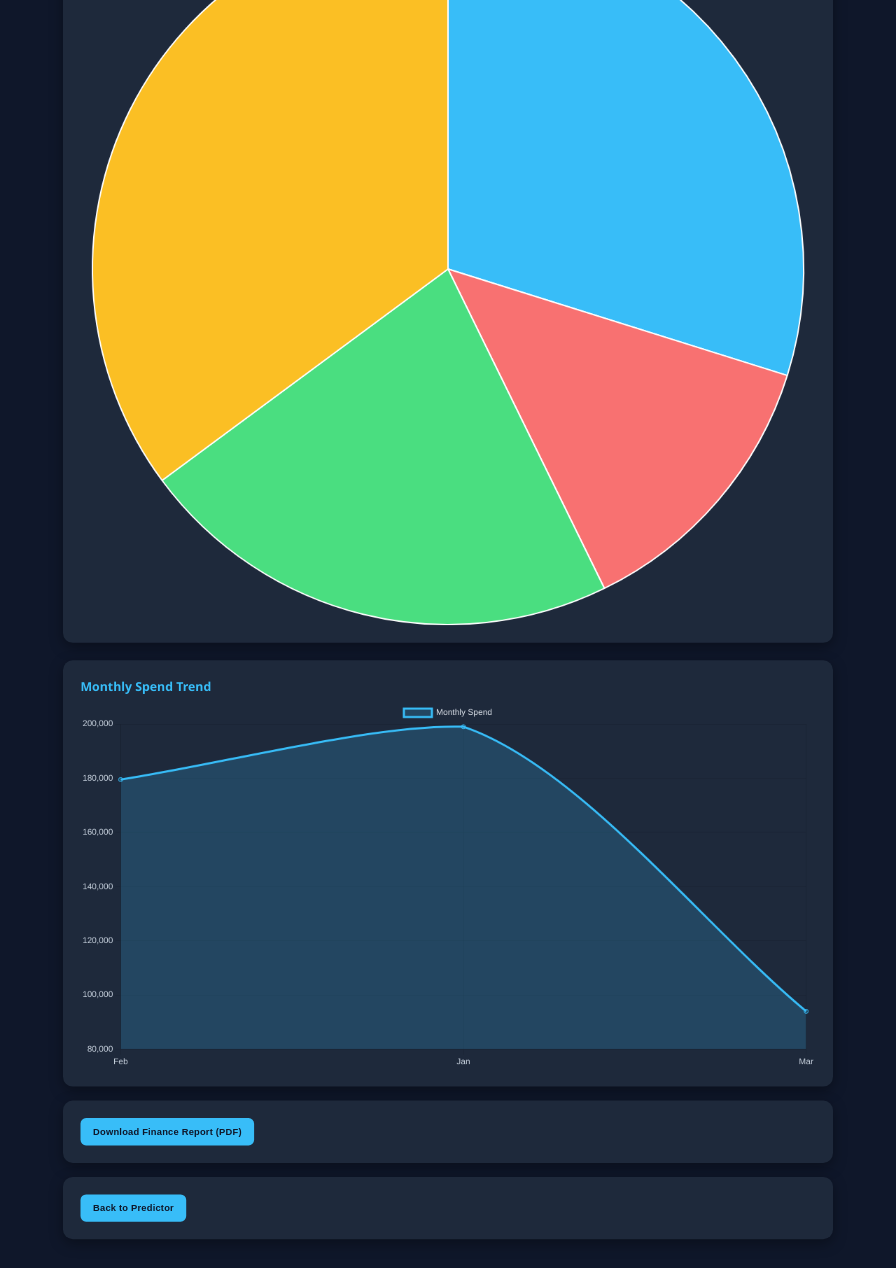
Repository: PratapOP/event-budget-analytics
Page: http://localhost/dashboard
An editor plug-in stored every save of this project. The page is shown before and after a run of saves, followed by the edit.
The browser window is 1280 px wide. The pictures show the part of the page from y = 1385 to 3305 px (the page is 3196 px tall before and 3305 px after), at 70% of full size.
The page is served by the project's application, run on Flask 3 (app.py).

Above is the page before, as saved 2026-02-21 05:48:42.

### data/event_data.csv
Date,Category,Planned,Actual,Sponsorship
2026-01-01,Marketing,15000,18000,5000
2026-01-02,Logistics,12000,10000,0
2026-01-03,Food,20000,22000,3000
2026-01-04,Venue,30000,28000,10000
2026-01-05,Marketing,15000,13000,4000
2026-01-06,Logistics,10000,11000,2000
2026-01-07,Food,22000,25000,5000
2026-01-08,Venue,35000,33000,12000
2026-01-09,Marketing,18000,20000,6000
2026-01-10,Food,21000,19000,4000
2026-02-01,Marketing,16000,17000,5000
2026-02-02,Logistics,14000,13500,3000
2026-02-03,Food,25000,24000,7000
2026-02-04,Venue,32000,35000,10000
2026-02-05,Marketing,17000,16500,4000
2026-02-06,Logistics,15000,14500,2500
2026-02-07,Food,23000,26000,5000
2026-02-08,Venue,34000,33000,11000
2026-03-01,Marketing,19000,20000,6000
2026-03-02,Logistics,13000,12000,2000
2026-03-03,Food,24000,25000,7000
2026-03-04,Venue,36000,37000,12000

### templates/dashboard.html
<!DOCTYPE html>
<html>
<head>
    <title>Event Budget Analytics Dashboard</title>
    <link rel="stylesheet" href="{{ url_for('static', filename='css/style.css') }}">
</head>

<body>

    <div class="container">

        <div class="top-bar">
        <div class="title">Event Budget Analytics Dashboard</div>
        <div class="subtitle">Finance Intelligence Panel</div>
    </div>

    <!-- KPI SECTION -->
    <div class="kpi-grid">

        <div class="kpi-card">
            <div class="kpi-title">Total Planned Budget</div>
            <div class="kpi-value">₹ {{ planned }}</div>
        </div>

        <div class="kpi-card">
            <div class="kpi-title">Total Actual Spend</div>
            <div class="kpi-value" style="color:#f87171;">
            ₹ {{ actual }}
        </div>
        </div>

        <div class="kpi-card">
            <div class="kpi-title">Total Sponsorship</div>
            <div class="kpi-value" style="color:#4ade80;">
            ₹ {{ sponsorship }}
        </div>
        </div>

        <div class="kpi-card">
            <div class="kpi-title">Variance</div>
            <div class="kpi-value"
            style="color:{% if variance > 0 %}#f87171{% else %}#4ade80{% endif %};">
            ₹ {{ variance }}
        </div>
        </div>

    </div>

    <!-- RISK PANEL -->
    <div class="card" style="margin-top:25px;">
        <h3 style="color:#38bdf8;">Budget Risk Analysis</h3>
        <h2 style="color: {{ risk_color }};">{{ risk_status }}</h2>
        <p style="color:#94a3b8;">{{ insight }}</p>
    </div>

    <!-- EXECUTIVE INSIGHT -->
    <div class="card" style="margin-top:25px;">
        <h3 style="color:#38bdf8;">Executive Insight</h3>
        <p style="color:#94a3b8;">{{ executive_insight }}</p>
    </div>

    <!-- BAR CHART -->
    <div class="card" style="margin-top:25px;">
        <h3 style="color:#38bdf8;">Budget vs Actual</h3>
        <canvas id="budgetChart"></canvas>
    </div>

    <!-- PIE CHART -->
    <div class="card" style="margin-top:25px;">
        <h3 style="color:#38bdf8;">Expense Distribution by Category</h3>
        <canvas id="categoryChart"></canvas>
    </div>

    <!-- TREND CHART -->
    <div class="card" style="margin-top:25px;">
        <h3 style="color:#38bdf8;">Monthly Spend Trend</h3>
        <canvas id="trendChart"></canvas>
    </div>

    <div class="card">
        <a href="/download-report">
            <button>Download Finance Report (PDF)</button>
        </a>
    </div>

    <div class="card">
        <a href="/"><button>Back to Predictor</button></a>
    </div>

</div>

<script src="https://cdn.jsdelivr.net/npm/chart.js"></script>

<!-- Backend data FIRST -->
<script>
const categoryLabels = {{ category_labels | tojson }};
const categoryValues = {{ category_values | tojson }};
const monthLabels = {{ month_labels | tojson }};
const monthValues = {{ month_values | tojson }};
</script>

<!-- Dashboard JS AFTER data -->
<script src="{{ url_for('static', filename='js/dashboard.js') }}"></script>

</body>
</html>

### app.py
from flask import Flask, render_template, request, jsonify
import pandas as pd
import pickle
from flask import send_file
from reportlab.pdfgen import canvas
import io

app = Flask(__name__)

# Load trained ML model
model = pickle.load(open("model/budget_model.pkl", "rb"))


# ===============================
# HOME PAGE
# ===============================
@app.route("/")
def index():
    return render_template("index.html")


# ===============================
# DASHBOARD PAGE
# ===============================
@app.route("/dashboard")
def dashboard():

    # Load finance data
    df = pd.read_csv("data/event_data.csv")

    # Convert date column
    df["Date"] = pd.to_datetime(df["Date"])

    # ===============================
    # CATEGORY ANALYSIS
    # ===============================
    category_summary = df.groupby("Category")["Actual"].sum()

    category_labels = category_summary.index.tolist()
    category_values = category_summary.values.tolist()

    # ===============================
    # MONTHLY TREND ANALYSIS
    # ===============================
    df["Month"] = df["Date"].dt.strftime("%b")

    monthly_summary = df.groupby("Month")["Actual"].sum()

    month_labels = monthly_summary.index.tolist()
    month_values = monthly_summary.values.tolist()

    # ===============================
    # KPI CALCULATIONS
    # ===============================
    total_planned = df["Planned"].sum()
    total_actual = df["Actual"].sum()
    total_sponsorship = df["Sponsorship"].sum()

    variance = total_actual - total_planned

    # ===============================
    # RISK ANALYSIS
    # ===============================
    if variance > 0:
        risk_status = "HIGH RISK"
        risk_color = "#f87171"
        insight = "Spending has exceeded planned budget. Cost control required."
    else:
        risk_status = "SAFE"
        risk_color = "#4ade80"
        insight = "Spending is within planned limits. Budget is under control."

    # ===============================
    # EXECUTIVE INSIGHT
    # ===============================
    top_category = category_summary.idxmax()

    executive_insight = (
        f"Highest spending category is {top_category}. "
        f"Consider optimizing costs here for better budget control."
    )

    # ===============================
    # RENDER DASHBOARD
    # ===============================
    return render_template(
        "dashboard.html",
        planned=total_planned,
        actual=total_actual,
        sponsorship=total_sponsorship,
        variance=variance,
        risk_status=risk_status,
        risk_color=risk_color,
        insight=insight,
        category_labels=category_labels,
        category_values=category_values,
        month_labels=month_labels,
        month_values=month_values,
        executive_insight=executive_insight
    )
# ===============================
# DOWNLOAD FINANCE REPORT (PDF)
# ===============================
@app.route("/download-report")
def download_report():

    df = pd.read_csv("data/event_data.csv")

    total_planned = df["Planned"].sum()
    total_actual = df["Actual"].sum()
    total_sponsorship = df["Sponsorship"].sum()
    variance = total_actual - total_planned

    category_summary = df.groupby("Category")["Actual"].sum()
    top_category = category_summary.idxmax()

    # Create PDF in memory
    buffer = io.BytesIO()
    p = canvas.Canvas(buffer)

    # Title
    p.setFont("Helvetica-Bold", 16)
    p.drawString(50, 800, "Event Budget Analytics Report")

    p.setFont("Helvetica", 12)

    y = 760
    p.drawString(50, y, f"Total Planned Budget: ₹ {total_planned}")
    y -= 25
    p.drawString(50, y, f"Total Actual Spend: ₹ {total_actual}")
    y -= 25
    p.drawString(50, y, f"Total Sponsorship: ₹ {total_sponsorship}")
    y -= 25
    p.drawString(50, y, f"Variance: ₹ {variance}")
    y -= 35

    if variance > 0:
        risk = "HIGH RISK"
    else:
        risk = "SAFE"

    p.drawString(50, y, f"Risk Status: {risk}")
    y -= 25

    p.drawString(
        50,
        y,
        f"Executive Insight: Highest spending category is {top_category}"
    )

    p.showPage()
    p.save()

    buffer.seek(0)

    return send_file(
        buffer,
        as_attachment=True,
        download_name="finance_report.pdf",
        mimetype="application/pdf"
    )

# ===============================
# ML PREDICTION API
# ===============================
@app.route("/predict", methods=["POST"])
def predict():

    data = request.json

    planned = float(data["planned"])
    actual = float(data["actual"])
    sponsorship = float(data["sponsorship"])

    prediction = model.predict([[planned, actual, sponsorship]])

    return jsonify({
        "over_budget": int(prediction[0])
    })

# ===============================
# ADD NEW DATA ENTRY
# ===============================
@app.route("/add-entry", methods=["GET", "POST"])
def add_entry():

    if request.method == "POST":

        new_data = {
            "Date": request.form["date"],
            "Category": request.form["category"],
            "Planned": float(request.form["planned"]),
            "Actual": float(request.form["actual"]),
            "Sponsorship": float(request.form["sponsorship"])
        }

        df = pd.read_csv("data/event_data.csv")

        df = pd.concat([df, pd.DataFrame([new_data])],ignore_index=True)

        df.to_csv("data/event_data.csv", index=False)

        return render_template("add_entry.html", success="Entry Added Successfully!")

    return render_template("add_entry.html")
# ===============================
# RUN APP
# ===============================
if __name__ == "__main__":
    app.run(debug=True)

### static/css/style.css
/* ===== GLOBAL STYLES ===== */

* {
    margin: 0;
    padding: 0;
    box-sizing: border-box;
}

body {
    font-family: "Segoe UI", sans-serif;
    background: #0f172a;
    color: #e2e8f0;
    min-height: 100vh;
}

/* ===== MAIN CONTAINER ===== */

.container {
    width: 90%;
    max-width: 1100px;
    margin: 40px auto;
}

/* ===== HEADER ===== */

h1 {
    font-size: 2rem;
    margin-bottom: 20px;
    color: #38bdf8;
}

/* ===== CARD STYLE ===== */

.card {
    background: #1e293b;
    padding: 25px;
    border-radius: 14px;
    box-shadow: 0 6px 20px rgba(0,0,0,0.35);
    margin-bottom: 20px;
    transition: transform 0.25s ease;
}

.card:hover {
    transform: translateY(-4px);
}

/* ===== INPUTS ===== */

input {
    width: 100%;
    padding: 12px;
    margin: 10px 0;
    border: none;
    border-radius: 8px;
    background: #334155;
    color: white;
    font-size: 15px;
}

input:focus {
    outline: 2px solid #38bdf8;
}

/* ===== BUTTONS ===== */

button {
    background: #38bdf8;
    color: #0f172a;
    border: none;
    padding: 12px 18px;
    border-radius: 8px;
    font-weight: bold;
    cursor: pointer;
    transition: all 0.25s ease;
}

button:hover {
    background: #0ea5e9;
    transform: scale(1.03);
}

/* ===== RESULT TEXT ===== */

#result {
    margin-top: 15px;
    font-size: 1.1rem;
    font-weight: bold;
}

/* ===== KPI GRID (FOR DASHBOARD LATER) ===== */

.kpi-grid {
    display: grid;
    grid-template-columns: repeat(auto-fit, minmax(220px, 1fr));
    gap: 20px;
}

.kpi-card {
    background: #1e293b;
    padding: 20px;
    border-radius: 12px;
    box-shadow: 0 6px 18px rgba(0,0,0,0.3);
}

.kpi-title {
    font-size: 0.9rem;
    color: #94a3b8;
}

.kpi-value {
    font-size: 1.6rem;
    margin-top: 8px;
    color: #38bdf8;
}

/* ===== SMOOTH PAGE FADE ===== */

body {
    animation: fadeIn 0.6s ease-in;
}

@keyframes fadeIn {
    from {
        opacity: 0;
        transform: translateY(8px);
    }
    to {
        opacity: 1;
        transform: translateY(0);
    }
}

/* ===== KPI ADVANCED EFFECT ===== */

.kpi-card {
    position: relative;
    overflow: hidden;
    transition: all 0.25s ease;
}

.kpi-card::before {
    content: "";
    position: absolute;
    top: 0;
    left: -100%;
    width: 100%;
    height: 3px;
    background: #38bdf8;
    transition: left 0.35s ease;
}

.kpi-card:hover::before {
    left: 0;
}

.kpi-card:hover {
    transform: translateY(-6px);
    box-shadow: 0 10px 24px rgba(0,0,0,0.45);
}

/* ===== BUTTON POLISH ===== */

button {
    letter-spacing: 0.3px;
}

/* ===== RESULT ANIMATION ===== */

#result {
    transition: all 0.25s ease;
}

/* ===== EXECUTIVE HEADER ===== */

.top-bar {
    display: flex;
    justify-content: space-between;
    align-items: center;
    margin-bottom: 25px;
    padding: 18px 22px;
    background: #1e293b;
    border-radius: 12px;
    box-shadow: 0 6px 18px rgba(0,0,0,0.35);
}

.title {
    font-size: 1.5rem;
    font-weight: 700;
    color: #38bdf8;
}

.subtitle {
    font-size: 0.9rem;
    color: #94a3b8;
}

/* ===== CHART POLISH ===== */

canvas {
    margin-top: 10px;
}

.card h3 {
    font-size: 1.1rem;
    font-weight: 600;
}

### static/js/dashboard.js
// ===============================
// BUDGET VS ACTUAL BAR CHART
// ===============================
const budgetCtx = document.getElementById("budgetChart");

new Chart(budgetCtx, {
    type: "bar",
    data: {
        labels: ["Planned Budget", "Actual Spend", "Sponsorship"],
        datasets: [{
            label: "Amount",
            data: [
                parseFloat(document.querySelectorAll(".kpi-value")[0].innerText.replace("₹","")),
                parseFloat(document.querySelectorAll(".kpi-value")[1].innerText.replace("₹","")),
                parseFloat(document.querySelectorAll(".kpi-value")[2].innerText.replace("₹",""))
            ],
            backgroundColor: [
                "rgba(56,189,248,0.7)",
                "rgba(248,113,113,0.7)",
                "rgba(74,222,128,0.7)"
            ],
            borderRadius: 8
        }]
    },
    options: {
        plugins: {
            legend: {
                labels: { color: "#e2e8f0" }
            }
        },
        scales: {
            x: { ticks: { color: "#cbd5e1" } },
            y: { ticks: { color: "#cbd5e1" } }
        }
    }
});


// ===============================
// CATEGORY PIE CHART
// ===============================
const categoryCtx = document.getElementById("categoryChart");

new Chart(categoryCtx, {
    type: "pie",
    data: {
        labels: categoryLabels,
        datasets: [{
            data: categoryValues,
            backgroundColor: [
                "#38bdf8",
                "#f87171",
                "#4ade80",
                "#fbbf24",
                "#a78bfa",
                "#fb7185"
            ]
        }]
    },
    options: {
        plugins: {
            legend: {
                labels: { color: "#e2e8f0" }
            }
        }
    }
});


// ===============================
// MONTHLY TREND LINE CHART
// ===============================
const trendCtx = document.getElementById("trendChart");

new Chart(trendCtx, {
    type: "line",
    data: {
        labels: monthLabels,
        datasets: [{
            label: "Monthly Spend",
            data: monthValues,
            borderColor: "#38bdf8",
            backgroundColor: "rgba(56,189,248,0.2)",
            fill: true,
            tension: 0.3
        }]
    },
    options: {
        plugins: {
            legend: {
                labels: { color: "#e2e8f0" }
            }
        },
        scales: {
            x: { ticks: { color: "#cbd5e1" } },
            y: { ticks: { color: "#cbd5e1" } }
        }
    }
});

After the next 5 saves:
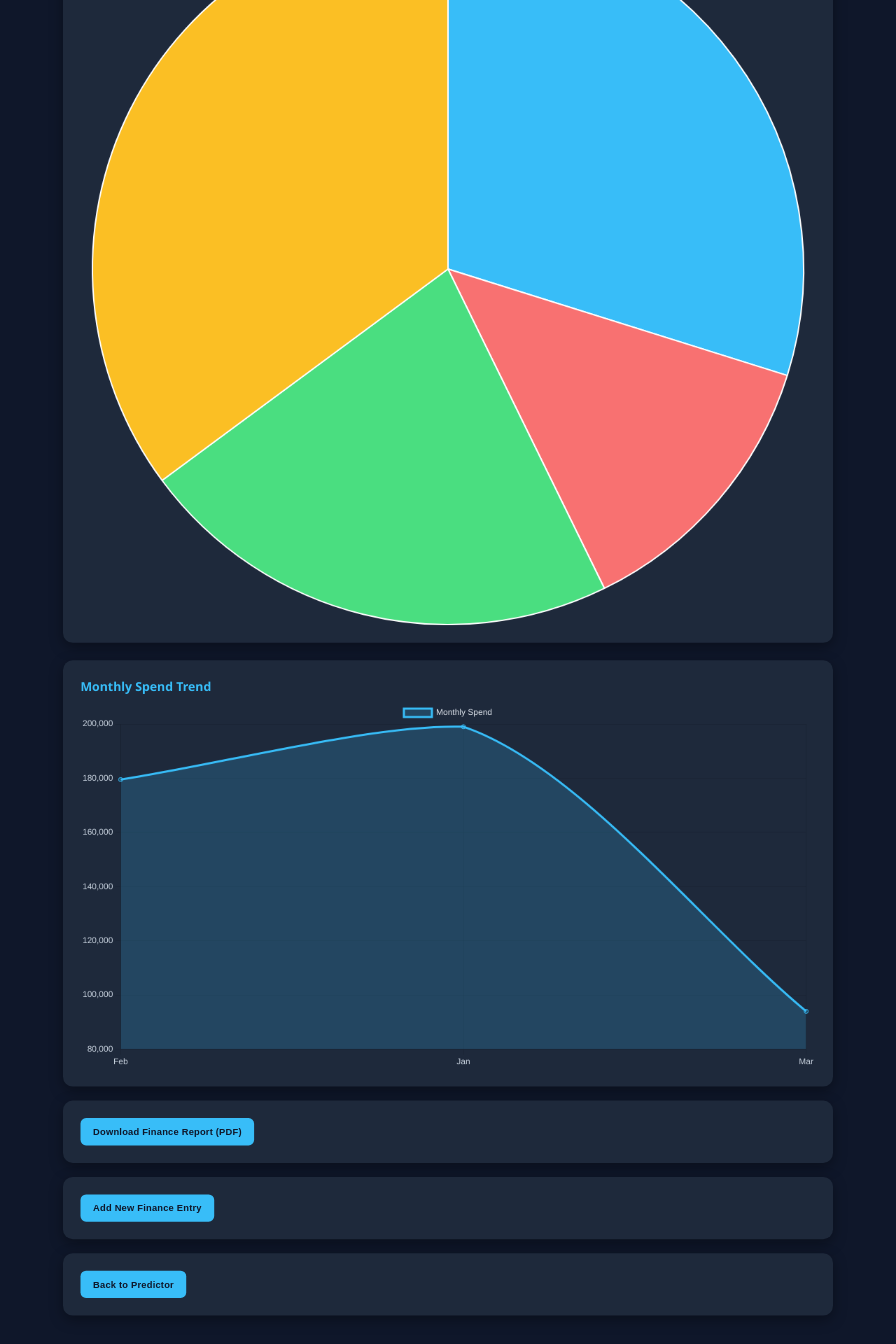
The 5 saves are shown as one change because they came seconds apart.
The last was saved 49 s later.
--- a/templates/dashboard.html
+++ b/templates/dashboard.html
@@ -84,6 +84,12 @@
     </div>
 
     <div class="card">
+        <a href="/add-entry">
+            <button>Add New Finance Entry</button>
+        </a>
+    </div>
+
+    <div class="card">
         <a href="/"><button>Back to Predictor</button></a>
     </div>
 
